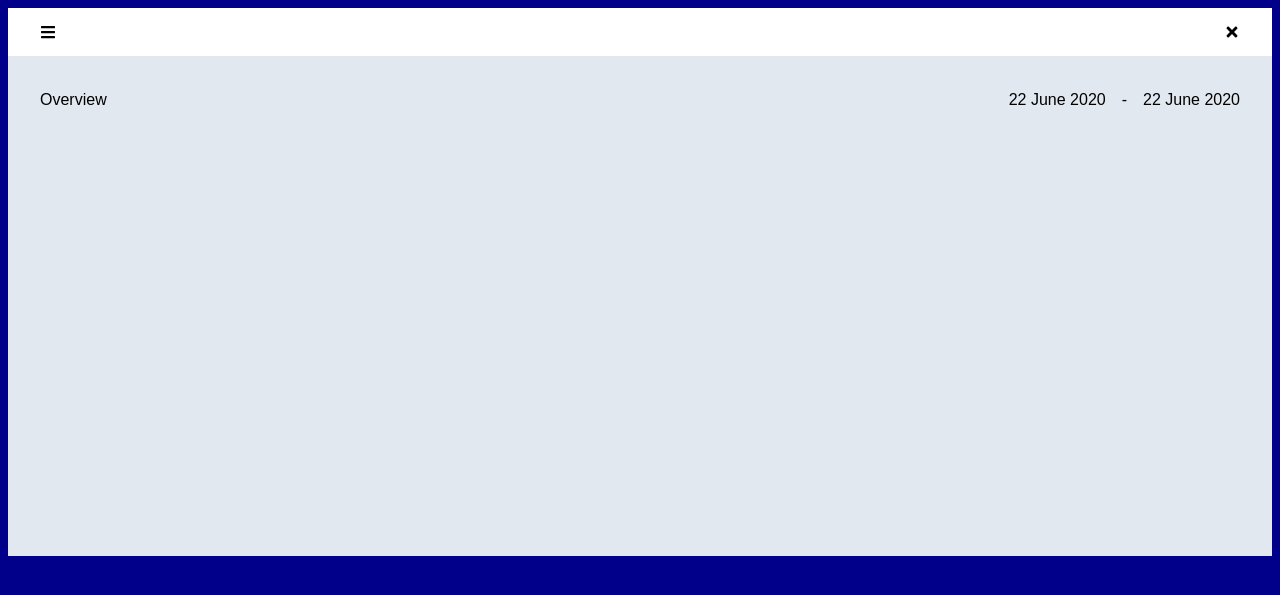
Repository: AngusOnyebuchi/Dashboard
Page: /contact
These files come from the project's save history. The page is drawn as it stood at one moment and after the next save; the edit follows.
The browser window is 1280 px wide. The pictures show the whole page.
The project was rebuilt for these pictures with package versions that can differ from the ones it lists, and the page was loaded fresh each time.

Above is the page before, as saved 2022-05-15 00:48:41.

### src/index.js
import React from "react";
import ReactDOM from "react-dom";
import { BrowserRouter} from "react-router-dom"
import "./style.css"
import App from "./App";

ReactDOM.render(
            <BrowserRouter>
            <App/>
            </BrowserRouter>, document.getElementById("root"))

### src/style.css
@tailwind base;
@tailwind components;
@tailwind utilities;

@layer base {
    body{
        background-color: darkblue;
        @apply font-[Sans-serif];
    }
    li {
        @apply px-4;
        @apply cursor-pointer;
    }
}

.content-div {
    background-repeat: no-repeat;
    background-size: cover;
    background-position: center;
    height: 150px;
}

.content-div:hover {
    background-image: linear-gradient(
        to right,
        rgba(112, 157, 255, 0.8),
        hsla(242, 74%, 61%, 0.8)
    )!important;
}

### src/App.js
import React from 'react'
import Home from './components/Home'
import NavBar from './components/NavBar'

export default function App() {
  return (
    <div>
      <NavBar/>
      <Home/>
    </div>
  )
}

### src/components/Home.js
import React from 'react'

export default function Home() {
  return (
    <div className='p-4 mx-2 h-[500px] bg-slate-200'>

      <div className='flex justify-between p-4 items-center'>
        <h1>Overview</h1>

        <div className='flex items-center gap-4'>
          <div>
            <p>22 June 2020</p>
            <img/>
          </div>

          <p>-</p>

          <div>
            <p>22 June 2020</p>
            <img/>
          </div>
        </div>

      </div>

    </div>
  )
}

### src/components/NavBar.js
import React from 'react'
import { FaBars, FaTimes } from "react-icons/fa"

export default function NavBar() {
  return (
    <div className='flex justify-between px-8 py-4 mx-2 mt-2 text-black bg-white'>
        <div>
            <FaBars/>
        </div>

        <div>
            <FaTimes/>
        </div>
    </div>
  )
}

Loaded but not shown: public/index.html (common file); tailwind.config.js (common file)

After the next save:
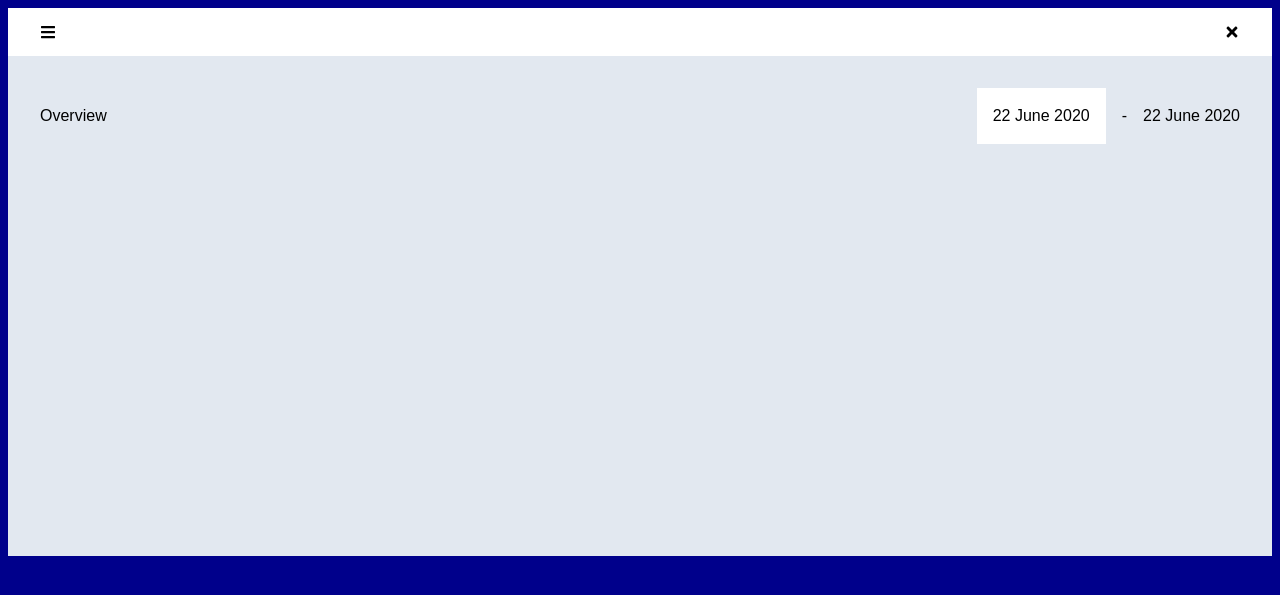
Saved 83 s later.
--- a/src/components/Home.js
+++ b/src/components/Home.js
@@ -8,7 +8,7 @@ export default function Home() {
         <h1>Overview</h1>
 
         <div className='flex items-center gap-4'>
-          <div>
+          <div className='p-4 bg-white'>
             <p>22 June 2020</p>
             <img/>
           </div>
